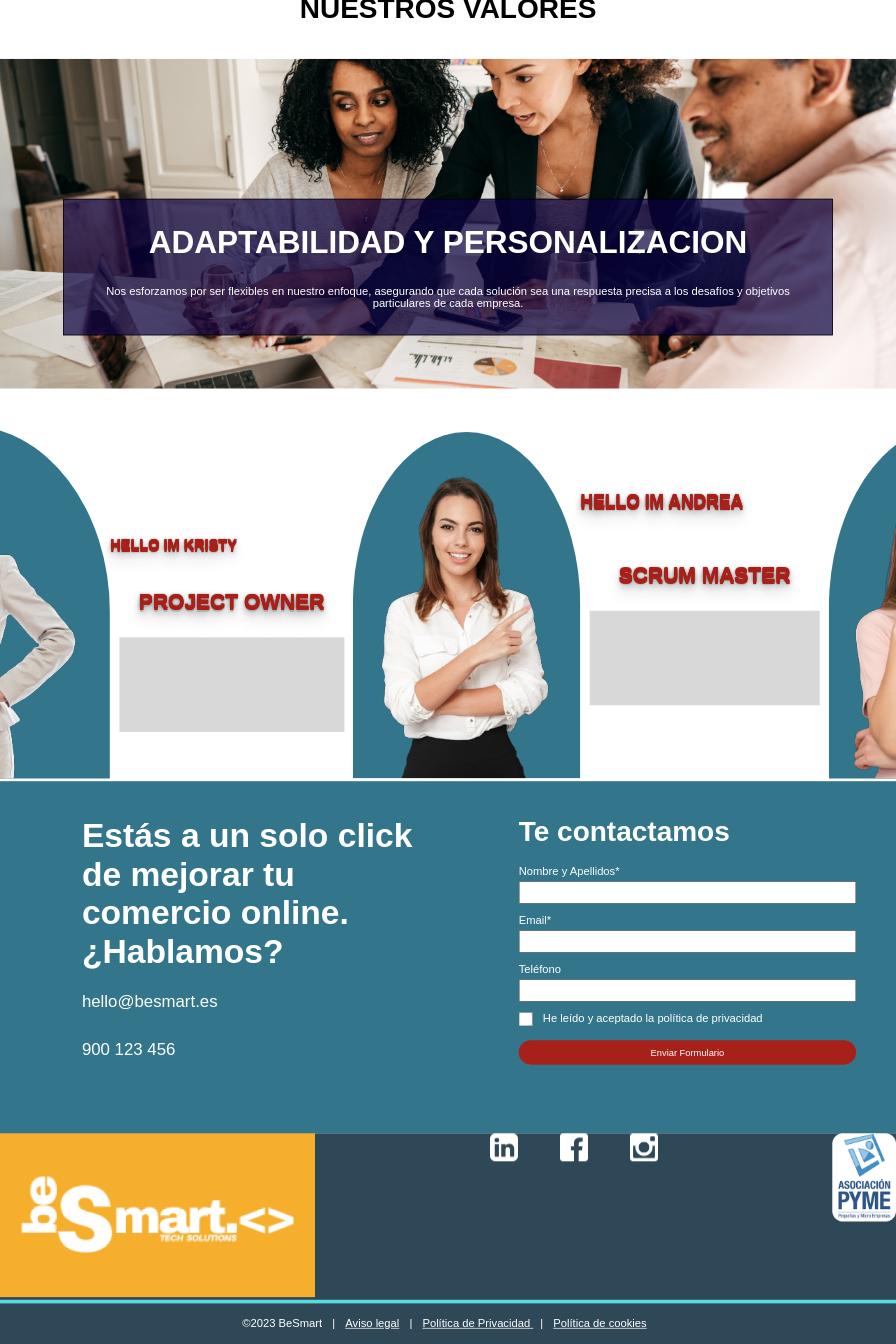
Repository: Andreamartinn17/Proyecto_3_BeSmart
Page: index.html
These files come from the project's save history. The page is drawn as it stood at one moment and after a run of saves; the edit follows.
The browser window is 1280 px wide. The pictures show the part of the page from y = 710 to 2630 px (the page is 2630 px tall), at 70% of full size.
Pictures or frames that could not be fetched are drawn as grey boxes.

Above is the page before, as saved 2023-12-18 21:20:10.

### index.html

<!DOCTYPE html>
<html lang="es">
<head>
    <!-- Configuración del documento -->
    <meta charset="UTF-8">
    <meta name="viewport" content="width=device-width, initial-scale=1.0">
    <link rel="stylesheet" type="text/css" href="index.css">
    <link rel="preconnect" href="https://fonts.googleapis.com">
    <link rel="preconnect" href="https://fonts.gstatic.com" crossorigin>
    <link href="https://fonts.googleapis.com/css2?family=Montserrat&display=swap" rel="stylesheet">
    <title>BeSmart</title>
     <!-- Inicio Nav header -->
     <!-- Enlace a la fuente de iconos Remix -->
     <link href="https://cdn.jsdelivr.net/npm/remixicon@2.5.0/fonts/remixicon.css" rel="stylesheet">
     <!-- Enlace al archivo de estilos CSS -->
     <link rel="stylesheet" href="./index.css">
 </head>
 <body>
      <div class="content-container">
     <!-- Encabezado (Header) -->
     <header class="header">
         <!-- Navegación principal -->
         <nav class="nav container">
             <!-- Logotipo e icono en la navegación -->
             <div class="nav__data">
                 <a href="#" class="nav__logo">
                     <i class="ri-code-s-slash-line"></i> <img src="./img header/smart-correcto.png" alt="icono" id="header-icono">
                 </a>
                 <!-- Botón de menú para dispositivos móviles -->
                 <div class="nav__toggle" id="nav-toggle">
                     <i class="ri-menu-line nav__toggle-menu"></i>
                     <i class="ri-close-line nav__toggle-close"></i>
                 </div>
             </div>

             <!-- Menú de navegación -->
             <div class="nav__menu" id="nav-menu">
                 <ul class="nav__list">
                     <!-- Elemento de menú vacío -->
                     <li>
                         <a href="#" class="nav__link"></a>
                     </li>
                     <!-- Desplegable 1 (Servicios) -->
                     <li class="dropdown__item">
                         <div class="nav__link dropdown__button">
                            Servicios <i class="ri-arrow-down-s-line dropdown__arrow"></i>
                         </div>
                         <div class="dropdown__container">
                             <div class="dropdown__content">
                                 <div class="dropdown__group">
                                     <!-- Icono y título del desplegable -->
                                     <div class="dropdown__icon">
                                         <i class="ri-flashlight-line"></i>
                                     </div>
                                     <span class="dropdown__title">Servicios</span>
                                     <!-- Lista de servicios -->
                                     <ul class="dropdown__list">
                                         <li>
                                             <a href="#" class="dropdown__link">Servicio 1</a>
                                         </li>
                                         <li>
                                             <a href="#" class="dropdown__link">Servicio 2</a>
                                         </li>
                                         <li>
                                             <a href="#" class="dropdown__link">Servicio 3</a>
                                         </li>
                                     </ul>
                                 </div>
                             </div>
                         </div>
                     </li>
                     <!-- Desplegable 2 (Equipo) -->
                     <li class="dropdown__item">
                         <div class="nav__link dropdown__button">
                             Equipo <i class="ri-arrow-down-s-line dropdown__arrow"></i>
                         </div>
                         <div class="dropdown__container">
                             <div class="dropdown__content">
                                 <div class="dropdown__group">
                                     <!-- Icono y título del desplegable -->
                                     <div class="dropdown__icon">
                                         <i class="ri-code-line"></i>
                                     </div>
                                     <span class="dropdown__title">Equipo</span>
                                     <!-- Lista de integrantes del equipo -->
                                     <ul class="dropdown__list">
                                         <li>
                                             <a href="#" class="dropdown__link">Integrante 1</a>
                                         </li>
                                         <li>
                                             <a href="#" class="dropdown__link">Integrante 2.</a>
                                         </li>
                                         <li>
                                             <a href="#" class="dropdown__link">Integrante 3</a>
                                         </li>
                                     </ul>
                                 </div>
                             </div>
                         </div>
                     </li>

                     <!-- Elementos de menú adicionales -->
                     <li>
                         <a href="#" class="nav__link">Nosotros</a>
                     </li>
                     <li>
                         <a href="#" class="nav__link">Presupuesto</a>
                     </li>
                     <li>
                         <a href="#" class="boton-contacto"><h6>Contacto</h6></a>
                     </li>
                     <!-- Contenedor de elementos adicionales (países) -->
                     <nav class="fondo-paises">
                         <ul>
                             <li><a href="#"><img src="./img header/Bandera_de_España_(sin_escudo).svg.png" alt="" id="bandera-principal"></a>
                                 <ul>
                                     <li><a href="#"><img src="./img header/italia.png" alt="" id="tamaño-paises"></a></li>
                                     <li><a href="#"><img src="./img header/portugal.png" alt="" id="tamaño-paises"></a></li>
                                     <li><a href="#"><img src="./img header/402-4025501_icono-bandera-alemania-png-clipart.png" alt="" id="tamaño-paises"></a></li>
                                 </ul>
                             </li>
                         </ul>
                     </nav>
                 </ul>
             </div>
         </nav>
     </header>
     <!--  Fin Nav header -->

     <!-- Script de JavaScript -->
     <script src="./js.js"></script>
    <section class="main-with-video">
    <video autoplay muted loop class="video_main">
        <source src="imagenes/vídeo_main.mp4" type="video/mp4">
    </video>
    <section class="flexbox-container">
        <div class="logo-in-main">
            <img src="imagenes/logo_mini_yellow2.png" alt="logo be smart">
        </div>
         <div class="h_1">
            SOLUCIONES TECNOLÓGICAS
        </div>
        <div class="h_2">
            Tu negocio local a grande escala.
        </div>
        <div class="contacta_button">
            <button class="button-main-with-video">Contacta con nosotros ></button>
        </div>
       </section>

         <!--SECTION SLIDERS-->
  <h2 class="titulo">NUESTROS VALORES</h2>
  <div class="slider-box">

  <ul>
  <li>
    <img src="imagenes/compromiso.png" alt="">
    <div class="content-valueslider">
      <h2>COMPROMISO CON LA COMUNIDAD LOCAL</h2>
      <p>
        Buscamos fortalecer la red empresarial local mediante la creación de lazos sólidos, apoyando eventos y actividades comunitarias, y contribuyendo al progreso tecnológico que beneficie a todos.
      </p>
    </div>
  </li>
  <li>
    <img src="imagenes/personalizado.png" alt="">
    <div class="content-valueslider">
      <h2>ADAPTABILIDAD Y PERSONALIZACION</h2>
      <p>
        Nos esforzamos por ser flexibles en nuestro enfoque, asegurando que cada solución sea una respuesta precisa a los desafíos y objetivos particulares de cada empresa.
      </p>
    </div>
  </li>
  <li>
    <img src="imagenes/educacion2.png" alt="">
    <div class="content-valueslider">
      <h2>EDUCACION Y TRANSPARENCIA</h2>
      <p>
        Nos comprometemos a educar y capacitar a nuestros clientes locales, proporcionando información clara y transparente sobre nuestras soluciones y procesos.
      </p>
    </div>
  </li>
  <li>
    <img src="imagenes/educacion2.png" alt="">
    <div class="content-valueslider">
      <h2>EDUCACION Y TRANSPARENCIA</h2>
      <p>
        Nos comprometemos a educar y capacitar a nuestros clientes locales, proporcionando información clara y transparente sobre nuestras soluciones y procesos.
      </p>
    </div>
  </li>
  </ul>
  </div>
    <!--SECTION SLIDERS/-->
       <!-- TEAM SECTION-->
    <main class="sliderteam">
        <section class="team">
        <!--Background class-->
            <script>
                // Función para realizar un scroll automático
                function autoScroll() {
                    const teamContainer = document.querySelector('.team');
                    const scrollAmount = 50; // Ajusta la velocidad del scroll según sea necesario

                    // Mueve el scroll horizontalmente
                    teamContainer.scrollLeft += scrollAmount;

                    // Si alcanza el final, reinicia al principio
                    if (teamContainer.scrollLeft >= teamContainer.scrollWidth - teamContainer.clientWidth) {
                        teamContainer.scrollLeft = 0;
                    }
                }
                // Configura un intervalo para llamar a la función de scroll automático
                setInterval(autoScroll, 1000); // Ajusta el intervalo según sea necesario (en milisegundos)
            </script>
            <!--proyectowner-->
            <article class="content">
            <div class="flex">
                <img class="teampicture" src="./img_team/projectowner.png" alt="imagen project owner en el cual aparece mujer de 20 años con traje de pantalon y mericana blanca">
            <div class="content1">
                <aside class="profession">
                    <div class="heyim">
                        <h1>HELLO IM KRISTY</h1>
                  </div>
                   <h2>PROJECT OWNER</h2>
                </aside>
                <aside class="descriptionright">
                    <p><span>
                Imagina que soy el chef de un restaurante, pero en lugar de crear platillos, diseño experiencias digitales que harán que los usuarios se chupen los dedos. Mi día a día implica equilibrar las necesidades del cliente con la visión del equipo de desarrollo.
                ¡Es como jugar al tetris con requisitos y funcionalidades!
                    </span></p>
                </aside>
            </div>
            </div>
            </article>
        <!--Scrum master-->
            <article class="content">

            <div class="flex">
                <img class="teampicture" src="./img_team/scrummaster.png" alt="imagen project owner en el cual aparece mujer de 20 años con traje de pantalon y mericana blanca">
            <div class="content1">
                    <div class="heyim">
                           <h1>HELLO IM ANDREA</h1>
                     </div>
                    <aside class="profession">
                   <h2>SCRUM MASTER</h2>
                </aside>
                <aside class="descriptionright">
                    <p><span>
                Imagina que soy el chef de un restaurante, pero en lugar de crear platillos, diseño experiencias digitales que harán que los usuarios se chupen los dedos. Mi día a día implica equilibrar las necesidades del cliente con la visión del equipo de desarrollo.
                ¡Es como jugar al tetris con requisitos y funcionalidades!
                    </span></p>
                </aside>
            </div>
            </div>
            </article>
            <!--Diseñador gráfico-->
            <article class="content">

            <div class="flex">
                <img class="teampicture" src="./img_team/diseñográfico.png" alt="imagen project owner en el cual aparece mujer de 20 años con traje de pantalon y mericana blanca">
            <div class="content1">
                <div class="heyim">
                           <h1>HELLO IM ANTONIA</h1>
                </div>
                <aside class="profession">
                   <h2>DISEÑADORA GRÁFICA</h2>
                </aside>
                <aside class="descriptionright">
                    <p><span>
                Imagina que soy el chef de un restaurante, pero en lugar de crear platillos, diseño experiencias digitales que harán que los usuarios se chupen los dedos. Mi día a día implica equilibrar las necesidades del cliente con la visión del equipo de desarrollo.
                ¡Es como jugar al tetris con requisitos y funcionalidades!
                    </span></p>
                </aside>
            </div>
            </div>
            </article>
            <!--Desarrollador web FROND END-->
                    <article class="content">
            <div class="flex">
                <img class="teampicture" class="teampicture" src="./img_team/frondend.png" alt="imagen project owner en el cual aparece mujer de 20 años con traje de pantalon y mericana blanca">
            <div class="content1">
                <div class="heyim">
                    <h1>HELLO IM BEA</h1>
                </div>
            <aside class="profession">
                   <h2>DESARROLLADORA FRONDEND</h2>
                </aside>
                <aside class="descriptionright">
                    <p><span>
                Imagina que soy el chef de un restaurante, pero en lugar de crear platillos, diseño experiencias digitales que harán que los usuarios se chupen los dedos. Mi día a día implica equilibrar las necesidades del cliente con la visión del equipo de desarrollo.
                ¡Es como jugar al tetris con requisitos y funcionalidades!
                    </span></p>
                </aside>
            </div>
            </div>
            </article>
            <!--dESARROLLADORA BACK END-->
            <article class="content">

            <div class="flex">
                <img class="teampicture" src="./img_team/backend.png" alt="imagen project owner en el cual aparece mujer de 20 años con traje de pantalon y mericana blanca">
            <div class="content1">
                  <div class="heyim">
                           <h1>HELLO IM TRIANA</h1>
                  </div>
                <aside class="profession">
                   <h2>DESARROLLADORA BACKEND</h2>
                </aside>
                <aside class="descriptionright">
                    <p><span>
                Imagina que soy el chef de un restaurante, pero en lugar de crear platillos, diseño experiencias digitales que harán que los usuarios se chupen los dedos. Mi día a día implica equilibrar las necesidades del cliente con la visión del equipo de desarrollo.
                ¡Es como jugar al tetris con requisitos y funcionalidades!.
                    </span></p>
                </aside>
            </div>
            </div>
            </article>
        </section>
    </main>
    <!-- FOOTER-->
    <footer class="footer-general">
        <section class="first-footer">
            <div class="contact-footer">
                <h3 class="h3-hablamos">Estás a un solo click de mejorar tu comercio online. ¿Hablamos?</h3>
                <p class="email-footer">hello@besmart.es</p>
                <p class="phone-footer">900 123 456</p>
            </div>
            <div class="form-footer">
                <h4 class="form-tittle">Te contactamos</h4>
                <form action="/procesar_formulario" method="post">
                    <!-- Campo Nombre y Apellidos -->
                    <label class="label-footer" for="nombre_apellidos">Nombre y Apellidos*</label>

                    <input class="input-form" type="text" id="nombre_apellidos" name="nombre_apellidos" required>

                    <!-- Campo Email -->
                    <label class="label-footer" for="email">Email*</label>

                    <input class="input-form" type="email" id="email" name="email" required>

                    <!-- Campo Teléfono -->
                    <label class="label-footer" for="telefono">Teléfono</label>

                    <input class="input-form" type="tel" id="telefono" name="telefono" required>

                    <label class="label-footer">
                    <input class="checkbox-form" type="checkbox" id="aceptar_terminos" name="aceptar_terminos">
                    He leído y aceptado la política de privacidad
                    </label>
                    <button type="submit-form" class="btn-form-footer">Enviar Formulario</button>
                </form>

            </div>
        </section>
        <section class="second-footer">

            <div class="logo-footer">
                <img class="img-logo-footer" src="Images footer/be_smart_yellow_2.png" alt="logo" width=""/>
            </div>
            <div class="rrss-footer">
                <a href="https://www.linkedin.com/">
                <img class="images-rrss" src="Images footer/LinkedIn's-Logo.png" alt="linkedin" width="40">
                </a>
                <a href="https://www.facebook.com/?locale=es_ES">
                <img class="images-rrss" src="Images footer/Facebook's-Logo.png" alt="facebook" width="40">
                </a>
                <a href="https://www.instagram.com/">
                <img class="images-rrss" src="Images footer/Instagram's-Logo.png" alt="instagram" width="40">
                </a>
            </div>
            <div class="pymes-footer">
                <img class="pymes-image" src="Images footer/pyme-logo.png" alt="pyme" width="">
            </div>
        </section>
        <section class="final-footer">
            <div class="copy-footer">
                <span>©2023 BeSmart</span> |
                    <a href="#">Aviso legal</a> |
                    <a href="#">Política de Privacidad </a> |
                    <a href="#">Política de cookies</a>
            </div>
        </section>
    </footer>
</body>
</html>

Loaded but not shown: js.js (64 lines, source omitted); index.css (1113 lines, source omitted)

After the next 3 saves:
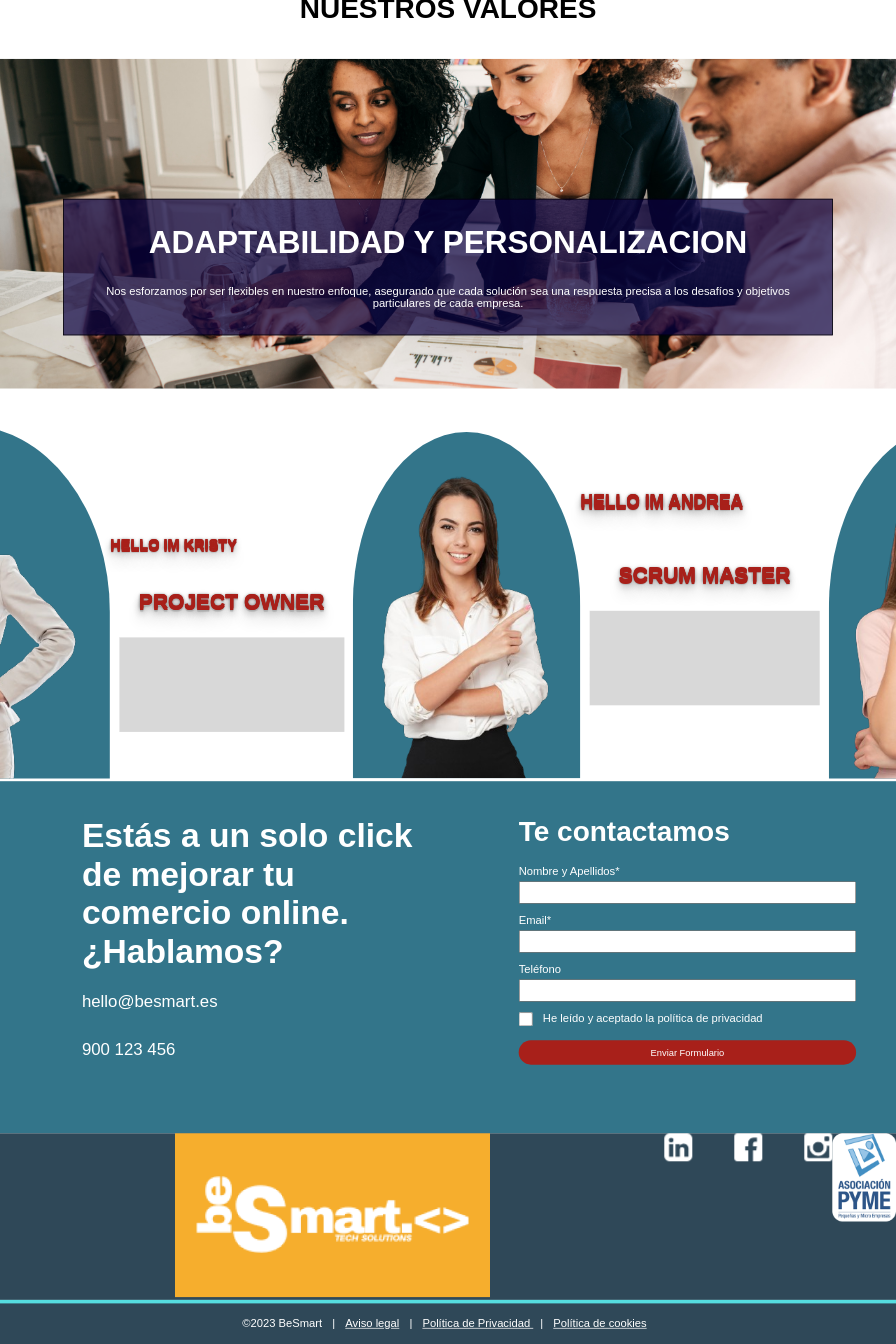
The 3 saves are shown as one change because they came seconds apart.
The last was saved 9 s later.
--- a/index.html
+++ b/index.html
@@ -355,7 +355,7 @@
             </div>
         </section>
         <section class="second-footer">
-
+            <div class="container"
             <div class="logo-footer">
                 <img class="img-logo-footer" src="Images footer/be_smart_yellow_2.png" alt="logo" width=""/>
             </div>
